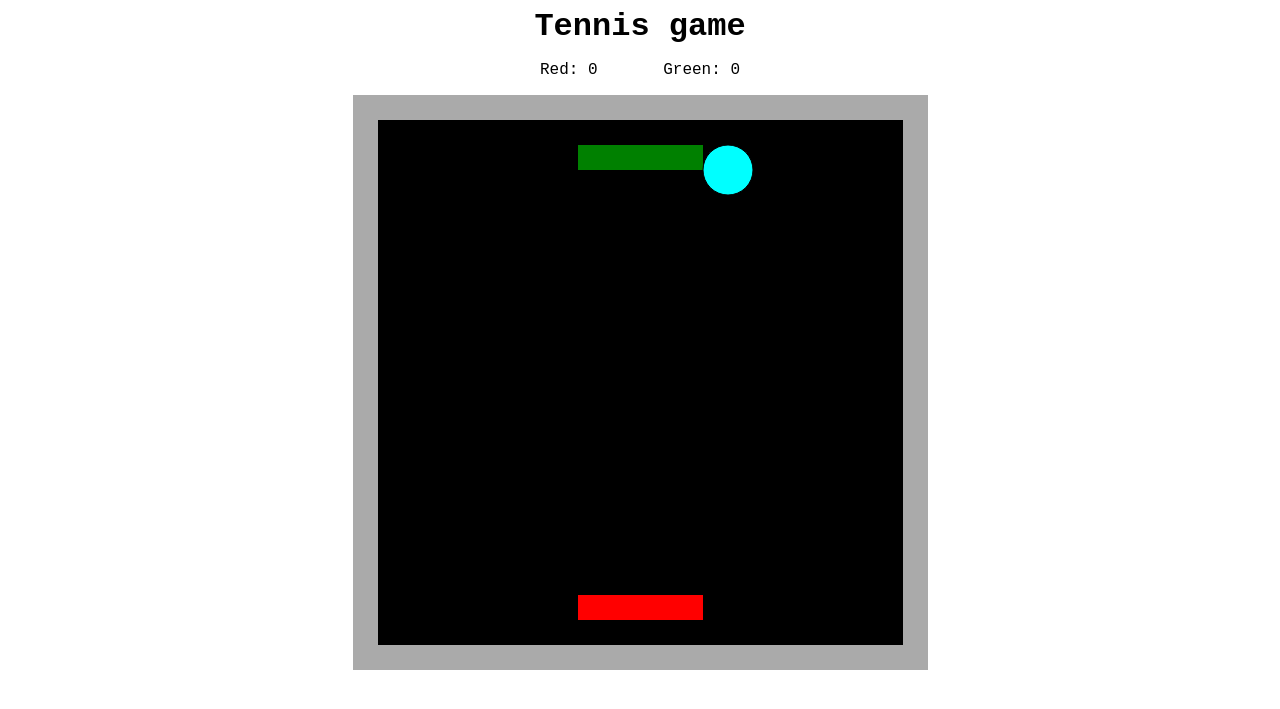
Repository: abdelrahman-ahmed-nassar/javascript-games
Page: my_ping-pong/index.html
The author's editor kept a copy of each file at every save. The page is drawn from the files as they stood at one save, then again after the next save.
The browser window is 1280 px wide. The pictures show the whole page.

Above is the page before, as saved 2024-07-27 18:40:10.

### my_ping-pong/index.html
<!DOCTYPE html>
<html lang="en">
  <head>
    <meta charset="UTF-8" />
    <meta name="viewport" content="width=device-width, initial-scale=1.0" />
    <link rel="stylesheet" href="style.css" />
    <script defer src="script.js"></script>
    <title>Tennis 🎾</title>
  </head>
  <body>
    <h1>Tennis game</h1>
    <div class="score-container">
      <p id="player-1">Red: <span id="player--0__score">0</span></p>
      <p id="player-2">Green: <span id="player--1__score">0</span></p>
    </div>
    <canvas id="canvas"></canvas>
  </body>
</html>

### my_ping-pong/style.css
body {
  font-family: "Courier New", Courier, monospace;
  text-align: center;
}
h1 {
  margin: 0;
  padding: 0;
}
.score-container {
  display: flex;
  width: 200px;
  margin: 0 auto;
  justify-content: space-between;
}

### my_ping-pong/script.js
//////////////////////////////////////
///           Variables           ////
//////////////////////////////////////
let blockSize = 25,
  rows = 23,
  cols = 23,
  c,
  ctx,
  gameOver = false,
  activePlayer = 0,
  rocket0 = [11, 20],
  rocket1 = [11, 2],
  ball = [11, 11],
  // accept odd numbers
  rocketWidth = 5,
  ballSpeedX = 0,
  ballSpeedY = 1,
  speeds = [1, -1],
  scores = [0, 0],
  rocket0Body = [],
  rocket1Body = [];

let rocketHalfWidth = (rocketWidth - 1) / 2;
let ballFrameRate = 5;

//////////////////////////////////////
///         Utility function       ////
//////////////////////////////////////

function changeActivePlayer() {
  activePlayer = activePlayer ? 0 : 1;
}

function randomIntFromInterval(min, max) {
  // min and max included
  return Math.floor(Math.random() * (max - min + 1) + min);
}
function getRandomSpeed() {
  return speeds[Math.floor(Math.random() * speeds.length)];
}

function setRocketBody(number) {
  if (number == 0) {
    rocket0Body = [];
    for (let i = 0; i < rocketWidth; i++) {
      let initial = rocket0[0] - rocketHalfWidth;
      rocket0Body.push(initial + i);
    }
  } else if (number == 1) {
    rocket1Body = [];
    for (let i = 0; i < rocketWidth; i++) {
      let initial = rocket1[0] - rocketHalfWidth;
      rocket1Body.push(initial + i);
    }
  }
}

function moveBall() {
  ball[0] += ballSpeedX;
  ball[1] += ballSpeedY;
}

function writeScores() {
  document.getElementById("player--0__score").textContent = scores[0];
  document.getElementById("player--1__score").textContent = scores[1];
}

function goal(playerScored) {
  ball = [11, 11];
  ballSpeedX = 0;
  playerScored ? scores[1]++ : scores[0]++;
  writeScores();
}

//////////////////////////////////////
///         listen function       ////
//////////////////////////////////////

function changeDirection(e) {
  if (e.key == "ArrowRight") {
    if (rocket0[0] >= cols - 2 - rocketHalfWidth) return;
    rocket0[0] += 1;
    setRocketBody(0);
  } else if (e.key == "ArrowLeft") {
    if (rocket0[0] <= 1 + rocketHalfWidth) return;
    rocket0[0] -= 1;
    setRocketBody(0);
  }

  if (e.key == "a") {
    if (rocket1[0] <= 1 + rocketHalfWidth) return;
    rocket1[0] -= 1;
    setRocketBody(1);
  } else if (e.key == "d") {
    if (rocket1[0] >= cols - 2 - rocketHalfWidth) return;
    rocket1[0] += 1;
    setRocketBody(1);
  }
}

//////////////////////////////////////
///         main function       ////
//////////////////////////////////////

function init() {
  c = document.getElementById("canvas");
  c.height = rows * blockSize;
  c.width = cols * blockSize;
  ctx = c.getContext("2d"); //used for drawing on the board

  setRocketBody(0);
  setRocketBody(1);

  document.addEventListener("keyup", changeDirection);
  // update();
  setInterval(update, 1000 / 100); //100 milliseconds
  setInterval(moveBall, 1000 / ballFrameRate); //100 milliseconds
}

init();

function update() {
  if (gameOver) {
    return;
  }

  // screen
  ctx.fillStyle = "#aaa";
  ctx.fillRect(0, 0, c.width, c.height);
  ctx.fillStyle = "black";
  ctx.fillRect(
    1 * blockSize,
    1 * blockSize,
    c.width - 2 * blockSize,
    c.height - 2 * blockSize
  );

  // rocket1
  ctx.fillStyle = "red";
  ctx.fillRect(
    rocket0[0] * blockSize - rocketHalfWidth * blockSize,
    rocket0[1] * blockSize,
    blockSize * rocketWidth,
    blockSize
  );

  // rocket2
  ctx.fillStyle = "green";
  ctx.fillRect(
    rocket1[0] * blockSize - rocketHalfWidth * blockSize,
    rocket1[1] * blockSize,
    blockSize * rocketWidth,
    blockSize
  );

  // ball
  ctx.fillStyle = "cyan";
  ctx.strokeStyle = "black";
  ctx.beginPath();
  ctx.arc(ball[0] * blockSize, ball[1] * blockSize, blockSize, 0, 2 * Math.PI);
  ctx.fill();
  ctx.stroke();

  // hit right wall
  if (ball[0] == 1) {
    ballSpeedX = 1;
  }

  // hit left wall
  if (ball[0] == cols - 2) {
    ballSpeedX = -1;
  }

  // hit bottom wall
  if (ball[1] > 21) {
    goal(1);
  }

  // hit top wall
  if (ball[1] < 1) {
    goal(0);
  }

  // hit rocket

  if (rocket0Body.includes(ball[0]) && ball[1] === 19) {
    ballSpeedY = -1;
    ballSpeedX = getRandomSpeed();
  }

  if (rocket1Body.includes(ball[0]) && ball[1] === 3) {
    ballSpeedY = 1;
    ballSpeedX = getRandomSpeed();
  }

  //game over conditions
  if (scores[0] == 5) {
    writeScores();
    window.alert("red is the winner !");
    scores = [0, 0];
    writeScores();
  }

  if (scores[1] == 6) {
    writeScores();
    window.alert("green is the winner !");
    scores = [0, 0];
    writeScores();
  }
}

After the next save:
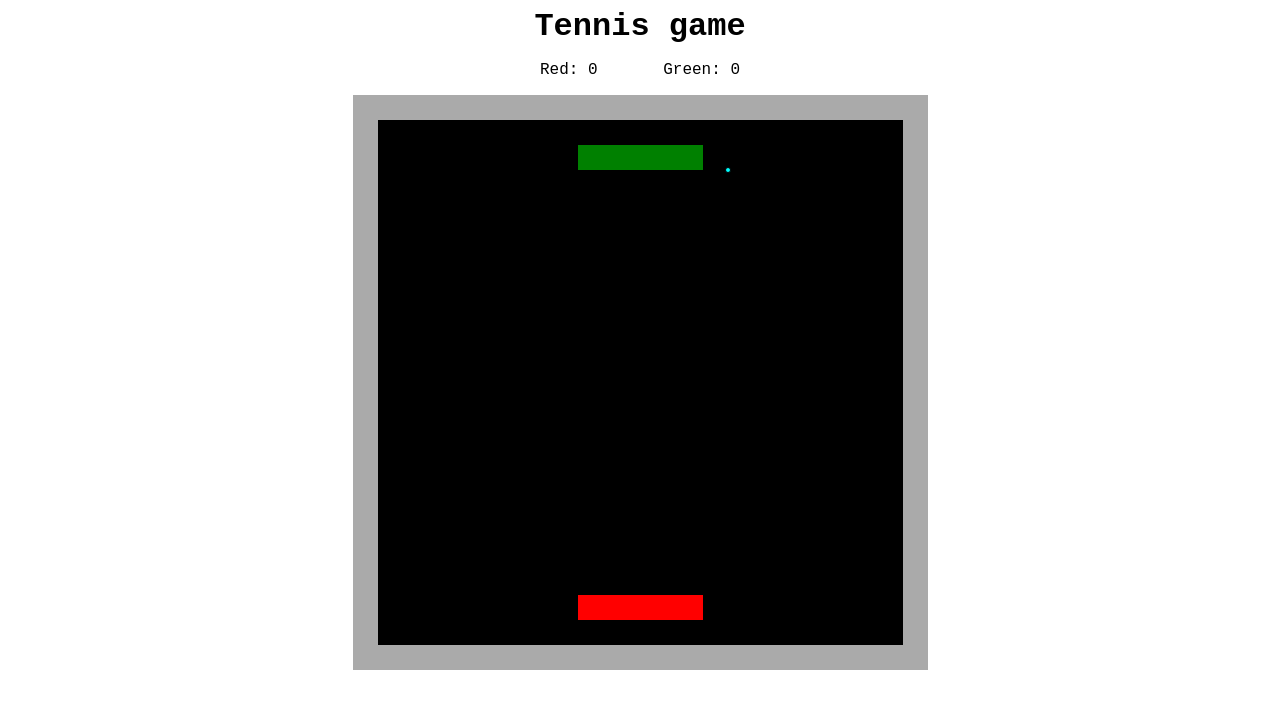
Saved 21 s later.
--- a/my_ping-pong/script.js
+++ b/my_ping-pong/script.js
@@ -157,7 +157,7 @@ function update() {
   ctx.fillStyle = "cyan";
   ctx.strokeStyle = "black";
   ctx.beginPath();
-  ctx.arc(ball[0] * blockSize, ball[1] * blockSize, blockSize, 0, 2 * Math.PI);
+  ctx.arc(ball[0] * blockSize, ball[1] * blockSize, blockSize / 10, 0, 2 * Math.PI);
   ctx.fill();
   ctx.stroke();
 
